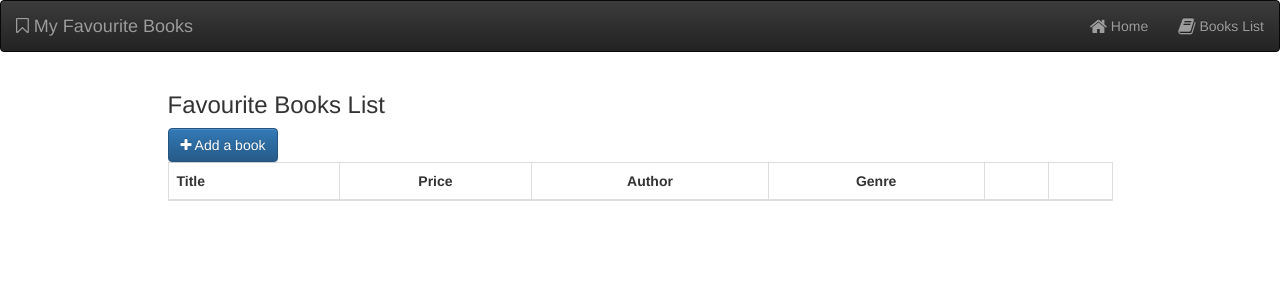
Repository: acarino4/Midterms
Page: http://localhost/books
These files come from the project's save history. The page is drawn as it stood at one moment and after the next save; the edit follows.
The browser window is 1280 px wide. The pictures show the whole page.
The page is served by the project's Node server (COMP229-F2020-MidTerm-Start/server.js). Other server files are loaded and not shown. Queries for data that is not in the repository find no rows.

Above is the page before, as saved 2022-10-22 14:11:57.

### COMP229-F2020-MidTerm-Start/server/views/books/index.ejs
<!-- Angelo Caster M. Carino
Student ID: 301223955
Midterms-->


<% include ../partials/header.ejs %>

    <!-- MAIN CONTENT -->
    <div class="container">
      <div class="row">
        <div class="col-md-offset-1 col-md-10">
          <h3>Favourite Books List </h3>
          <!-- ------------------------ -->
          <!-- FIX THE ADD BUTTON BELOW -->
          <!-- ------------------------ -->
          <a href="/book/add" class="btn btn-primary"><i class="fa fa-plus"></i> Add a book</a>
          <br>
          <div class="table-responsive">
            <table class="table table-bordered table-striped table-hover">
              <thead>
                <tr>
                  <th>Title</th>
                  <th class="text-center">Price</th>
                  <th class="text-center">Author</th>
                  <th class="text-center">Genre</th>
                  <th class="text-center"></th>
                  <th class="text-center"></th>
                </tr>
                </thead>
                <tbody>
                <!-- Template Row -->
                <% for (let count = 0; count < books.length; count++) { %>
                <tr>
                  <td><%= books[count].Title %></td>
                  <td class="text-center">$<%= books[count].Price %></td>
                  <td class="text-center"><%= books[count].Author %></td>
                  <td class="text-center"><%= books[count].Genre %></td>

                  <td class="text-center">
                    <!-- ------------------------ -->
                    <!-- ADD the EDIT BUTTON HERE -->
                    <!-- ------------------------ -->
                    <a href="/books/<%= books[count]._id %>"
                      class="btn btn-primary btn-sm">
                   <i class="fa fa-pencil-square-o"></i> Edit </a>
                  </td>

                  <td class="text-center">
                    <!-- ------------------------ -->
                    <!-- ADD the DELETE BUTTON HERE -->
                    <!-- ------------------------ -->
                    <a href="/books/delete/<%= books[count]._id %>"
                      class="btn btn-danger btn-sm">
                   <i class="fa fa-pencil-square-o"></i> Delete </a>
                  </td>
                </tr>
                <% } %>
              </tbody>
            </table>
          </div>
           <div class="col-md-offset-1 col-md-10 text-center">
            <ul class="pagination pagination-lg pager" id="myPager"></ul>
          </div>
        </div>
      </div>
    </div>

<% ('include ../partials/footer.ejs'); %>

### COMP229-F2020-MidTerm-Start/server/views/partials/header.ejs
<!-- Angelo Caster M. Carino
Student ID: 301223955
Midterms-->


<!DOCTYPE html>
<html lang="en">
  <head>
    <meta charset="utf-8">
    <meta name="viewport" content="width=device-width, initial-scale=1">
    <title><%= title %></title>
    <!-- CSS SECTION -->
    <link rel="stylesheet" href="/Scripts/lib/bootstrap/dist/css/bootstrap.min.css">
    <link rel="stylesheet" href="/Scripts/lib/bootstrap/dist/css/bootstrap-theme.min.css">
    <link rel="stylesheet" href="/Scripts/lib/font-awesome/css/font-awesome.min.css">
    <link rel='stylesheet' href='/Content/app.css' />
  </head>
  <body>

  <nav class="navbar navbar-inverse" role="navigation">
    <!-- Brand and toggle get grouped for better mobile display -->
    <div class="navbar-header">
      <button type="button" class="navbar-toggle" data-toggle="collapse" data-target=".navbar-ex1-collapse">
        <span class="sr-only">Toggle navigation</span>
        <span class="icon-bar"></span>
        <span class="icon-bar"></span>
        <span class="icon-bar"></span>
      </button>
      <a class="navbar-brand" href="/"><i class="fa fa-bookmark-o"></i> My Favourite Books</a>
    </div>

    <!-- Collect the nav links, forms, and other content for toggling -->
    <div class="collapse navbar-collapse navbar-ex1-collapse">
      <ul class="nav navbar-nav navbar-right">
        <% if(title == "Home") { %>
          <li class="active"><a href="/"><i class="fa fa-home fa-lg"></i> Home</a></li>
        <% } else { %>
          <li><a href="/"><i class="fa fa-home fa-lg"></i> Home</a></li>
        <% } %>

          <% if(title == "books") { %>
          <li class="active"><a href="/books"><i class="fa fa-book fa-lg">
          </i> Books List</a></li>
          <% } else { %>
            <li><a href="/books"><i class="fa fa-book fa-lg">
            </i> Books List</a></li>
          <% } %>

      </ul>
    </div><!-- /.navbar-collapse -->
  </nav>

### COMP229-F2020-MidTerm-Start/server.js
let app = require('./server/config/app');
let debug = require('debug')('comp308-w2019-midterm:server');
let http = require('http');

/**
 * Get port from environment and store in Express.
 */

let port = normalizePort(process.env.PORT || '3000');
app.set('port', port);

/**
 * Create HTTP server.
 */

let server = http.createServer(app);

/**
 * Listen on provided port, on all network interfaces.
 */

server.listen(port);
server.on('error', onError);
server.on('listening', onListening);

/**
 * Normalize a port into a number, string, or false.
 */

function normalizePort(val) {
  let port = parseInt(val, 10);

  if (isNaN(port)) {
    // named pipe
    return val;
  }

  if (port >= 0) {
    // port number
    return port;
  }

  return false;
}

/**
 * Event listener for HTTP server "error" event.
 */

function onError(error) {
  if (error.syscall !== 'listen') {
    throw error;
  }

  let bind = typeof port === 'string'
    ? 'Pipe ' + port
    : 'Port ' + port;

  // handle specific listen errors with friendly messages
  switch (error.code) {
    case 'EACCES':
      console.error(bind + ' requires elevated privileges');
      process.exit(1);
      break;
    case 'EADDRINUSE':
      console.error(bind + ' is already in use');
      process.exit(1);
      break;
    default:
      throw error;
  }
}

/**
 * Event listener for HTTP server "listening" event.
 */

function onListening() {
  let addr = server.address();
  let bind = typeof addr === 'string'
    ? 'pipe ' + addr
    : 'port ' + addr.port;
  debug('Listening on ' + bind);
}

### COMP229-F2020-MidTerm-Start/server/routes/books.js
/*Angelo Caster M. Carino
Student ID: 301223955
Midterms*/


// modules required for routing
let express = require('express');
let router = express.Router();
let mongoose = require('mongoose');

// define the book model
let book = require('../models/books');

/* GET books List page. READ */
router.get('/', (req, res, next) => {
  // find all books in the books collection
  book.find( (err, books) => {
    if (err) {
      return console.error(err);
    }
    else {
      res.render('books/index', {
        title: 'Books',
        books: books
      });
    }
  });

});

//  GET the Book Details page in order to add a new Book
router.get('/add', (req, res, next) => {

    /*****************
     * ADD CODE HERE *
     *****************/

     res.render('books/details', {title: 'Add Book', books: '' })

});

// POST process the Book Details page and create a new Book - CREATE
router.post('/add', (req, res, next) => {

  /*****************
   * ADD CODE HERE *
   *****************/

   let newBook = book({
    "Title": req.body.title,
    "Price": req.body.price,
    "Author": req.body.author,
    "Genre": req.body.genre,
    "Description": req.body.description
});

book.create(newBook, (err, book) =>{
    if(err)
    {
        console.log(err);
        res.end(err);
    }
    else
    {
        //it will refresh the Book list
        res.redirect('/books');
    }
});
});

// GET the Book Details page in order to edit an existing Book
router.get('/:id', (req, res, next) => {

  /*****************
   * ADD CODE HERE *
   *****************/
   let id = req.params.id;

   book.findById(id, (err, bookToEdit) => {
       if(err)
       {
           console.log(err);
           res.end(err);
       }
       else
       {
           //it shows the edit view
           res.render('books/details', {title: 'Edit Book', books: bookToEdit })
       }
   });
});

// POST - process the information passed from the details form and update the document
router.post('/:id', (req, res, next) => {

  /*****************
   * ADD CODE HERE *
   *****************/

   let id = req.params.id

   let updatedBook = book({
       "_id": id,
       "Title": req.body.title,
       "Price": req.body.price,
       "Author": req.body.author,
       "Genre": req.body.genre,
       "Description": req.body.description
   });

   book.updateOne({_id: id}, updatedBook, (err) => {
       if(err)
       {
           console.log(err);
           res.end(err);
       }
       else
       {
           // refresh the Book list
           res.redirect('/books');
       }
   });
});

// GET - process the delete by user id
router.get('/delete/:id', (req, res, next) => {

  /*****************
   * ADD CODE HERE *
   *****************/
   let id = req.params.id;

   book.remove({_id: id}, (err) => {
       if(err)
       {
           console.log(err);
           res.end(err);
       }
       else
       {
           // refresh the Book list
           res.redirect('/books');
       }
   });
});


module.exports = router;

Loaded but not shown: COMP229-F2020-MidTerm-Start/client/Scripts/lib/bootstrap/dist/css/bootstrap.min.css (library); COMP229-F2020-MidTerm-Start/client/Scripts/lib/bootstrap/dist/css/bootstrap-theme.min.css (library); COMP229-F2020-MidTerm-Start/client/Scripts/lib/font-awesome/css/font-awesome.min.css (library); COMP229-F2020-MidTerm-Start/client/Content/app.css (common file)

After the next save:
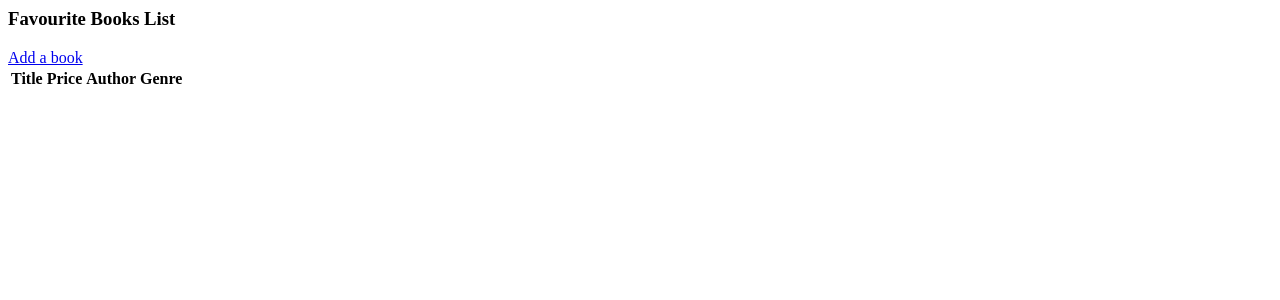
Saved 20 s later.
--- a/COMP229-F2020-MidTerm-Start/server/views/books/index.ejs
+++ b/COMP229-F2020-MidTerm-Start/server/views/books/index.ejs
@@ -3,7 +3,7 @@ Student ID: 301223955
 Midterms-->
 
 
-<% include ../partials/header.ejs %>
+<% ('include ../partials/header.ejs'); %>
 
     <!-- MAIN CONTENT -->
     <div class="container">
